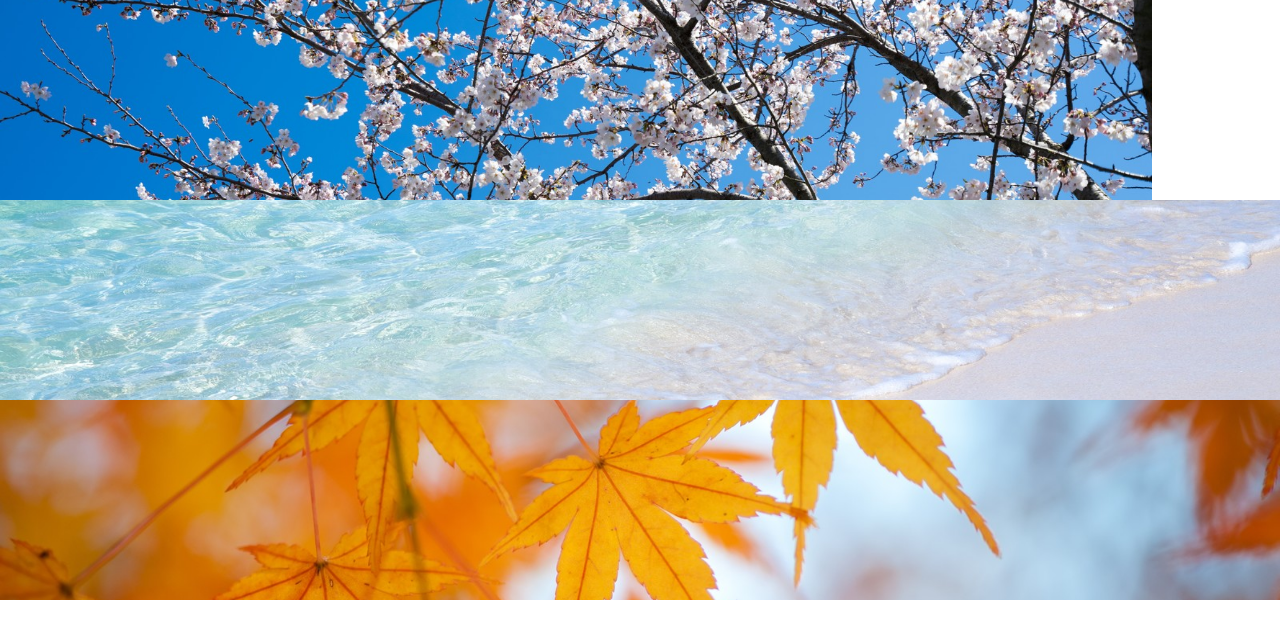
Repository: eyaonu/application2
Page: chapter6/answer6.html
The author's editor kept a record of every edit. The page is drawn from the files as they stood at one moment, then again after the next edit.
The browser window is 1280 px wide. The pictures show the whole page.

Above is the page before.

After the next edit:
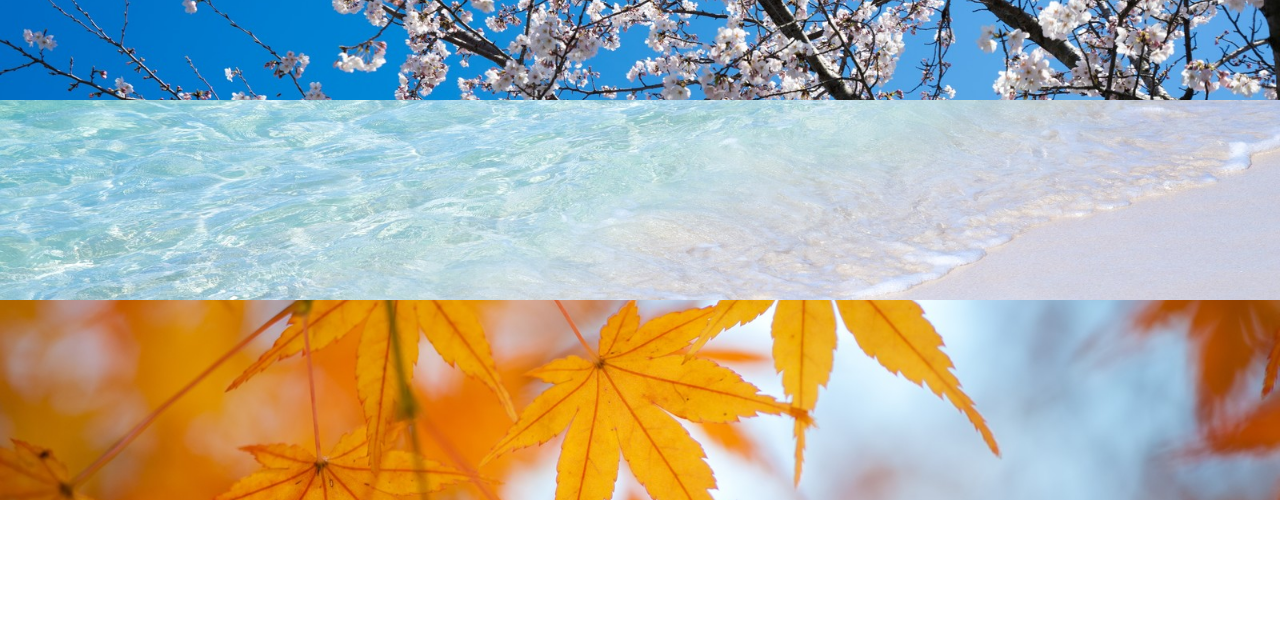
The edit:
--- a/chapter6/style6.css
+++ b/chapter6/style6.css
@@ -10,8 +10,8 @@
 }
 
 header {
-  width: 90%;
-  height: 200px;
+  width: 100%;
+  height: 100px;
   background-image: url(img/box1.jpg);
   background-size: cover; /* 縦横比を維持したまま背景領域を埋め尽くす */
   background-position: center; /* 背景画像を中央に配置 */
